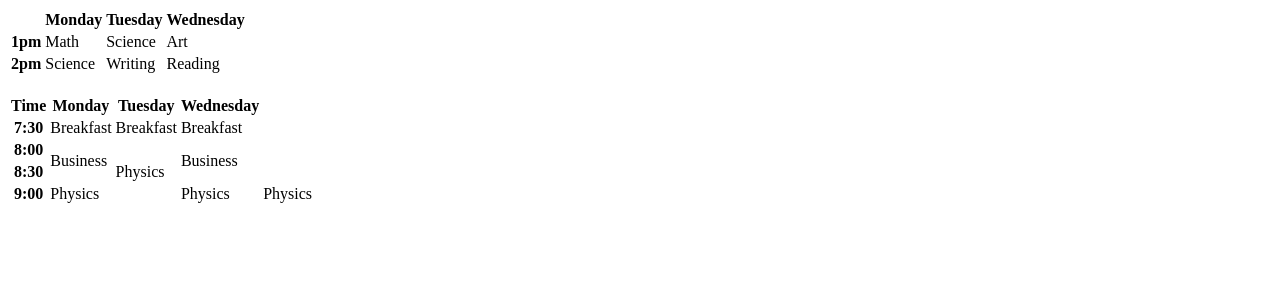
Repository: jefflai0412/website_design
Page: task1.html
These files come from the project's save history. The page is drawn as it stood at one moment and after the next save; the edit follows.
The browser window is 1280 px wide. The pictures show the whole page.

Above is the page before, as saved 2024-10-18 13:40:23.

### task1.html
<!DOCTYPE html>
<html lang="en">
<head>
    <meta charset="UTF-8">
    <meta name="viewport" content="width=device-width, initial-scale=1.0">
    <title>Document</title>
</head>
<body>
    <table>
        <tr>
            <th></th>
            <th>Monday</th>
            <th>Tuesday</th>
            <th>Wednesday</th>
        </tr>

        <tr>
            <th scope="row">1pm</th>
            <td>Math</td>
            <td>Science</td>
            <td>Art</td>
        </tr>

        <tr>
            <th scope="row">2pm</th>
            <td>Science</td>
            <td>Writing</td>
            <td>Reading</td>
        </tr>
    </table>

    <br>

    <table>
        <tr>
            <th>Time</th>
            <th>Monday</th>
            <th>Tuesday</th>
            <th>Wednesday</th>
        </tr>
        <tr>
            <th scope="row">7:30</th>
            <td>Breakfast</td>
            <td>Breakfast</td>
            <td>Breakfast</td>
        </tr>
        <tr>
            <th scope="row">8:00</th>
            <td rowspan="2">Business</td>
            <td rowspan="3">Physics</td>
            <td rowspan="2">Business</td>
        </tr>
        <tr>
            <th scope="row">8:30</th>
            <td></td>
        </tr>
        <tr>
            <th scope="row">9:00</th>
            <td rowspan="2">Physics</td>
            <td rowspan="3">Physics</td>
            <td rowspan="2">Physics</td>
        </tr>
    </table>
</body>
</html>

After the next save:
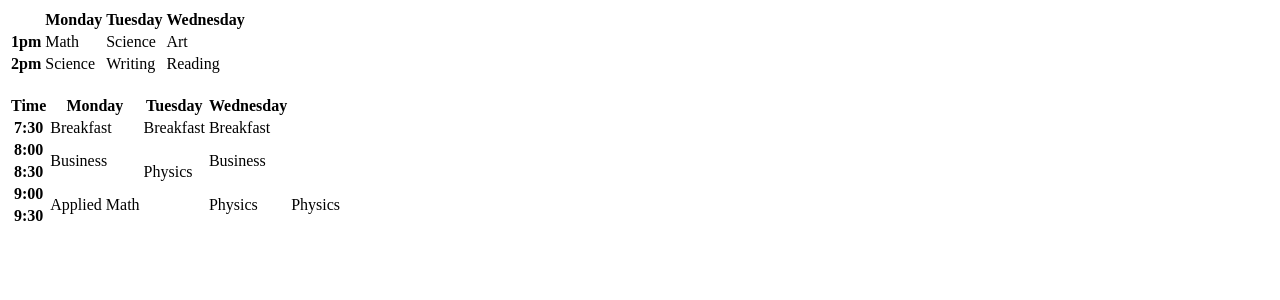
Saved 24 s later.
--- a/task1.html
+++ b/task1.html
@@ -56,9 +56,14 @@
         </tr>
         <tr>
             <th scope="row">9:00</th>
-            <td rowspan="2">Physics</td>
+            <td rowspan="2">Applied Math</td>
             <td rowspan="3">Physics</td>
             <td rowspan="2">Physics</td>
+        </tr>
+
+        <tr>
+            <th scope="row">9:30</th>
+            <td></td>
         </tr>
     </table>
 </body>
